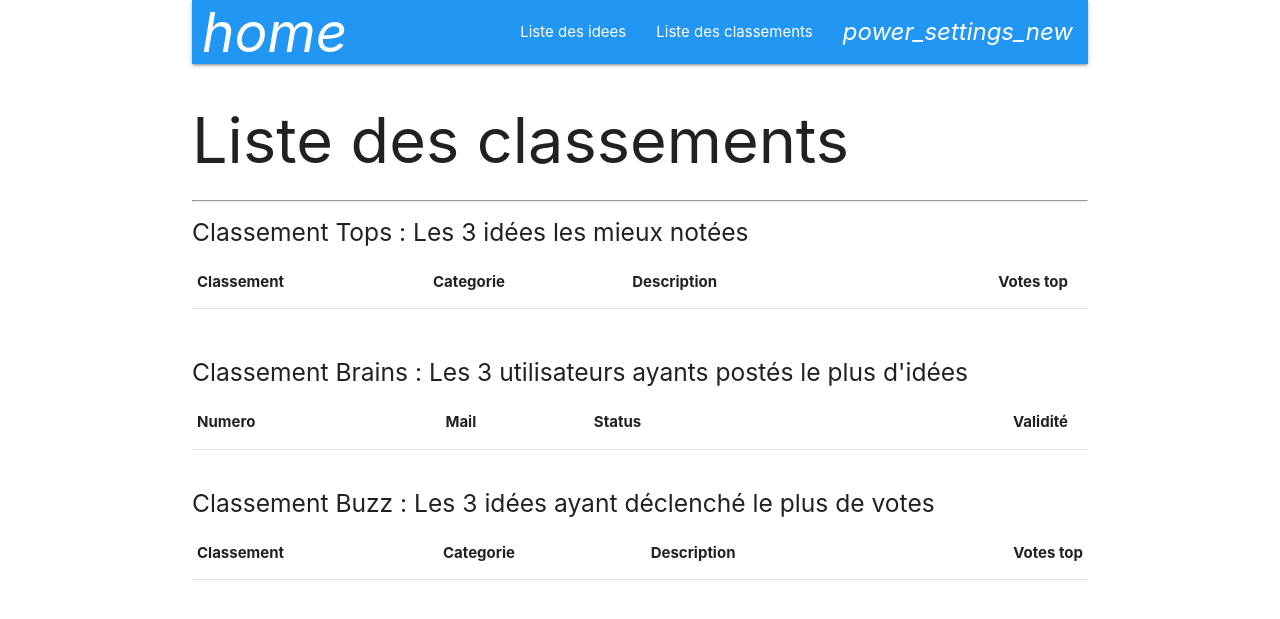
Repository: thdal/Atelier_JEE_16_02
Page: http://localhost/Atelier_JEE_16_02/WEB-INF/pages/classement/ListClassement.jsp
An editor plug-in stored every save of this project. The page is shown before and after the next save, followed by the edit.
The browser window is 1280 px wide. The pictures show the whole page.
The page is served by Tomcat 9. Nobody is signed in. Other server files are loaded and not shown. The template is opened directly, without the code that normally fills it, so the values that code supplies are empty.

Above is the page before, as saved 2021-02-27 14:44:33.

### Atelier_JEE_16_02/src/main/webapp/WEB-INF/pages/classement/ListClassement.jsp
<%@ page language="java" contentType="text/html; charset=ISO-8859-1"
    pageEncoding="ISO-8859-1"%>
<!DOCTYPE html>
<html>
<head>
<meta charset="ISO-8859-1">
<title>Insert title here</title>
</head>
<body>
<div class="container">
<%@ include file="../commons/MenuNavBar.jsp" %>
<h1>Liste des classements</h1>
<hr>

<h5>Classement Tops : Les 3 idées les mieux notées</h5>

<table style="margin-bottom:50px;" class="left">
   <thead>
       <tr>
           <th>Classement</th>
           <th>Categorie</th>
           <th>Description</th>
           <th style="text-align:right; padding-right:20px;" >Votes top</th>

       </tr>
   </thead>
   <tbody>
    <c:forEach items="${topsClassement}" var="tc" varStatus="loop">
	    <tr>
	    	<td>
	    	<c:if test="${loop.index eq 0 }">
	    	<img style="max-width:100px; max-height:100px" src="https://png.pngtree.com/png-vector/20191027/ourlarge/pngtree-gold-medal-vector-golden-1st-place-badge-sport-game-golden-challenge-png-image_1887633.jpg">
	    	</c:if>
	    	<c:if test="${loop.index eq 1 }">
	    	<img style="max-width:100px; max-height:100px" src="https://png.pngtree.com/png-vector/20191027/ourmid/pngtree-bronze-medal-vector-best-first-placement-winner-champion-number-one-3rd-png-image_1887553.jpg">
	    	</c:if>
	    	<c:if test="${loop.index eq 2 }">
	    	<img style="max-width:100px; max-height:100px" src="https://image.freepik.com/vecteurs-libre/medaille-argent-2e-place-argent_87720-2499.jpg">
	    	</c:if>
	        <td><c:out value="${tc.categorie}"/></td>
	        <td> <c:out value="${tc.description}"/>
	        </td>
	        <td  style="text-align:right; padding-right:40px;"><c:out value="${tc.topPercentage}%"/>
	        </td>
	    </tr>
	</c:forEach>
    </tbody>
 </table>

<h5>Classement Brains : Les 3 utilisateurs ayants postés le plus d'idées</h5>

<table style="margin-bottom:40px;" class="left">
   <thead>
       <tr>
       	   <th>Numero</th>
           <th>Mail</th>
           <th>Status</th>
           <th style="text-align:right; padding-right:20px;" >Validité</th>

       </tr>
   </thead>
   <tbody>
    <c:forEach items="${brainsClassement}" var="u" varStatus="loop">
	    <tr>
	    	<td>
	    	<c:if test="${loop.index eq 0 }">
	    	<img style="max-width:100px; max-height:100px" src="https://png.pngtree.com/png-vector/20191027/ourlarge/pngtree-gold-medal-vector-golden-1st-place-badge-sport-game-golden-challenge-png-image_1887633.jpg">
	    	</c:if>
	    	<c:if test="${loop.index eq 1 }">
	    	<img style="max-width:100px; max-height:100px" src="https://png.pngtree.com/png-vector/20191027/ourmid/pngtree-bronze-medal-vector-best-first-placement-winner-champion-number-one-3rd-png-image_1887553.jpg">
	    	</c:if>
	    	<c:if test="${loop.index eq 2 }">
	    	<img style="max-width:100px; max-height:100px" src="https://image.freepik.com/vecteurs-libre/medaille-argent-2e-place-argent_87720-2499.jpg">
	    	</c:if>
	    	</td>
	        <td><c:out value="${u.mail}"/></td>
	        <td>
	        <c:if test="${empty u.validated}">
	        	Non
	        </c:if>
	        <c:if test="${u.validated}">
	        	Oui
	        </c:if>
	        <c:if test="${u.validated == false}">
	        	Non
	        </c:if>
	        </td>
	        <td style="text-align:right;" >
	        <c:if test="${empty u.status}">
	        	Activé
	        </c:if>
	        <c:if test="${u.status}">
	        	Activé
	        </c:if>
	        <c:if test="${u.status == false}">
	        	Désactivé
	        </c:if>
	        </td>
	        <td>
	    </tr>
	</c:forEach>
    </tbody>
 </table>

<h5>Classement Buzz : Les 3 idées ayant déclenché le plus de votes</h5>

<table style="margin-bottom:50px;" class="left">
   <thead>
       <tr>
           <th>Classement</th>
           <th>Categorie</th>
           <th>Description</th>
           <th style="text-align:right;" >Votes top</th>

       </tr>
   </thead>
   <tbody>
    <c:forEach items="${buzzClassement}" var="b" varStatus="loop">
	    <tr>
	    	<td>
	    	<c:if test="${loop.index eq 0 }">
	    	<img style="max-width:100px; max-height:100px" src="https://png.pngtree.com/png-vector/20191027/ourlarge/pngtree-gold-medal-vector-golden-1st-place-badge-sport-game-golden-challenge-png-image_1887633.jpg">
	    	</c:if>
	    	<c:if test="${loop.index eq 1 }">
	    	<img style="max-width:100px; max-height:100px" src="https://png.pngtree.com/png-vector/20191027/ourmid/pngtree-bronze-medal-vector-best-first-placement-winner-champion-number-one-3rd-png-image_1887553.jpg">
	    	</c:if>
	    	<c:if test="${loop.index eq 2 }">
	    	<img style="max-width:100px; max-height:100px" src="https://image.freepik.com/vecteurs-libre/medaille-argent-2e-place-argent_87720-2499.jpg">
	    	</c:if>
	        <td><c:out value="${b.categorie}"/></td>
	        <td> <c:out value="${b.description}"/>
	        </td>
	        <td style="text-align:right; padding-right:40px;" ><c:out value="${b.topPercentage}"/>
	        </td>
	    </tr>
	</c:forEach>
    </tbody>
 </table>

</div>
</body>
</html>

### Atelier_JEE_16_02/src/main/webapp/WEB-INF/pages/commons/MenuNavBar.jsp
<head>
    <link rel="stylesheet" href="https://cdnjs.cloudflare.com/ajax/libs/materialize/1.0.0/css/materialize.min.css">
	  <link href="https://fonts.googleapis.com/icon?family=Material+Icons" rel="stylesheet">
	   <%@ taglib prefix="c" uri="http://java.sun.com/jsp/jstl/core" %>

</head>

 <nav class="blue">
    <div class="nav-wrapper">
      <a href="home" class="brand-logo"><i style="margin-left:10px; font-size:55px" class="large material-icons">home</i></a>
      <ul id="nav-mobile" class="right hide-on-med-and-down">
        <c:if test="${ sessionScope.Admin }">
        	<li><a href="user?action=list">Liste des utilisateurs</a></li>
    	</c:if>
        <li><a href="idees?action=list">Liste des idees</a></li>
        <li><a href="classements?action=list">Liste des classements</a></li>
        <li><a href="connexion"><i class="material-icons prefix">power_settings_new</i></a></li>

        <!-- <li><a href="users?action=list">Liste des utilisateurs</a></li>  -->
      </ul>
    </div>
  </nav>

    <script src="https://cdnjs.cloudflare.com/ajax/libs/materialize/1.0.0/js/materialize.min.js"></script>

After the next save:
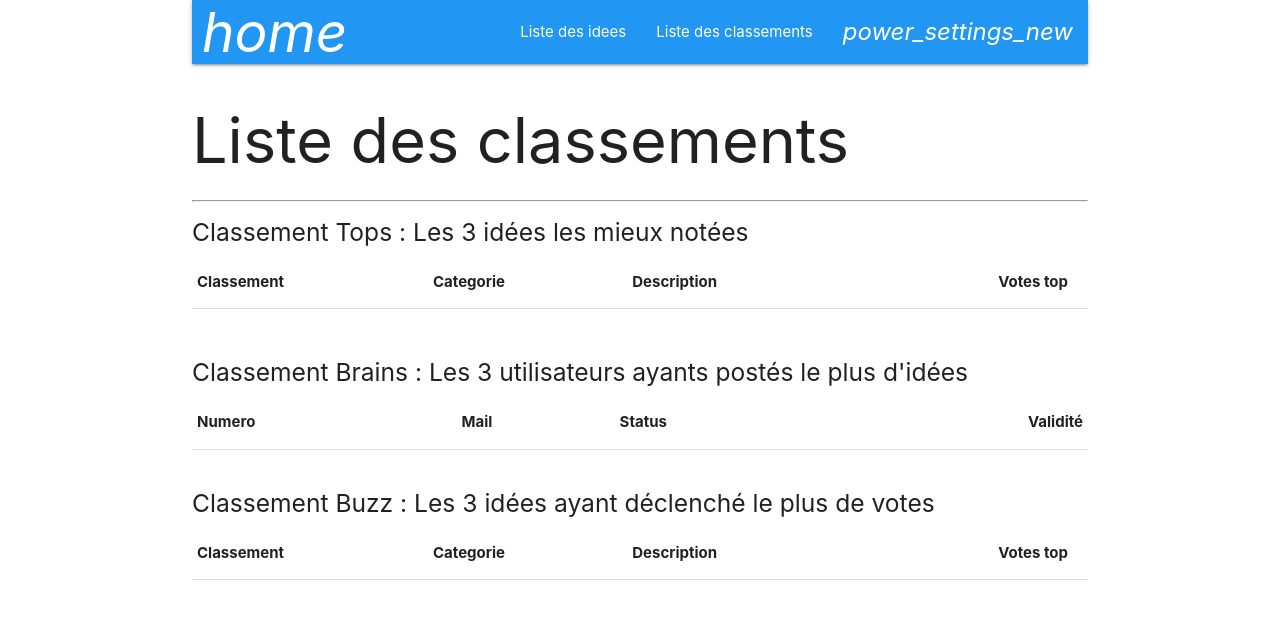
Saved 5 s later.
--- a/Atelier_JEE_16_02/src/main/webapp/WEB-INF/pages/classement/ListClassement.jsp
+++ b/Atelier_JEE_16_02/src/main/webapp/WEB-INF/pages/classement/ListClassement.jsp
@@ -55,7 +55,7 @@
        	   <th>Numero</th>
            <th>Mail</th>
            <th>Status</th>
-           <th style="text-align:right; padding-right:20px;" >Validité</th>
+           <th style="text-align:right;" >Validité</th>
 
        </tr>
    </thead>
@@ -110,7 +110,7 @@
            <th>Classement</th>
            <th>Categorie</th>
            <th>Description</th>
-           <th style="text-align:right;" >Votes top</th>
+           <th style="text-align:right; padding-right:20px;" >Votes top</th>
 
        </tr>
    </thead>
